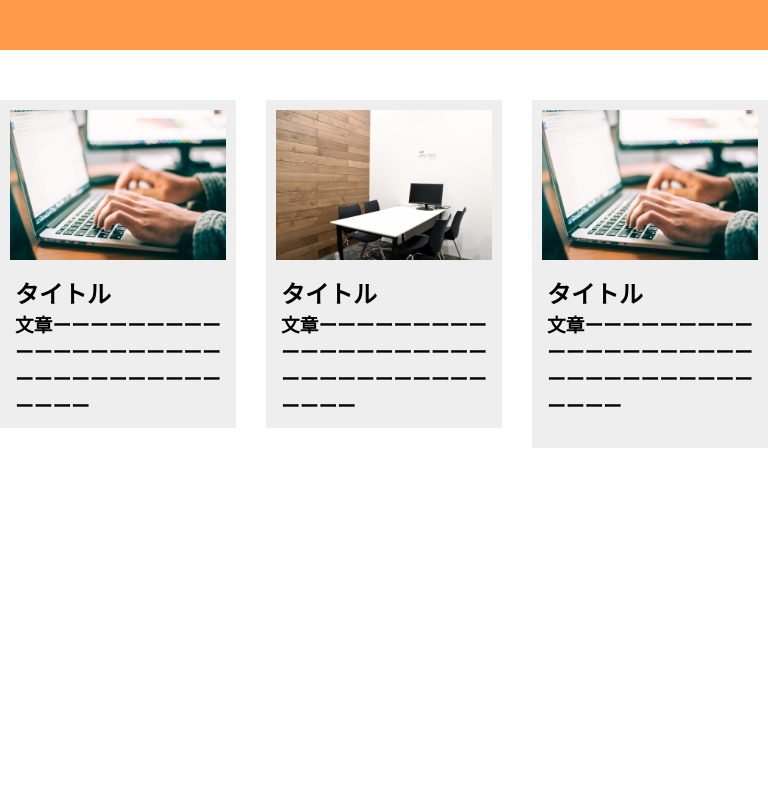
Repository: yuu3176/theme1
Page: 1-9-2/1-9-2.html
The author's editor kept a record of every edit. The page is drawn from the files as they stood at one moment, then again after the next edit.
The browser window is 768 px wide. The pictures show the whole page.

Above is the page before.

### 1-9-2/1-9-2.html
<!DOCTYPE html>
<html lang="ja">
  <head>
    <meta charset="utf-8">
    <link rel="stylesheet" href="1-9-2.css">
    <title>1-9-2</title>
  </head>

  <body>
    <header></header>
    <main>
      <div class="box">
        <div class="box-image1"></div>
        <section class="box-text">
          <h2>タイトル</h2>
          <h3>文章ーーーーーーーーーーーーーーーーーーーーーーーーーーーーーーーーーーー</h3>
        </section>
      </div>
      <div class="box">
        <div class="box-image2"></div>
        <section class="box-text">
          <h2>タイトル</h2>
          <h3>文章ーーーーーーーーーーーーーーーーーーーーーーーーーーーーーーーーーーー</h3>
        </section>
      </div>
      <div class="box">
        <div class="box-image1"></div>
        <section class="box-text">
          <h2>タイトル</h2>
          <h3>文章ーーーーーーーーーーーーーーーーーーーーーーーーーーーーーーーーーーー</h3>
        </section>
      </div>
    </main>
  </body>
</html>

### 1-9-2/1-9-2.css
*{
  margin: 0;
  padding: 0;
  box-sizing: border-box;
}

header{
  height: 50px;
  background-color: #ff9a4b;
}

main{
  width: 960px;
  margin: 50px auto;
  display: flex;
}

.box{
  width: 300px;
  margin-right: 30px;
  padding: 10px;
  position: relative;
  background-color: #eeeeee;
}

.box:last-child{
  margin-right: 0;
}

.box-step{
  position: absolute;
  top: 0;
  left: 0;
  background-color: #ff9a4b;
  color: #fff;
}

.box-image1{
  height: 150px;
  background-image: url(img/flow01.png);
  background-position: bottom;
  background-size: cover;
}

.box-image2{
  height: 150px;
  background-image: url(img/flow02.png);
  background-position: bottom;
  background-size: cover;
}

.box-image3{
  height: 150px;
  background-image: url(img/flow03.png);
  background-position: bottom;
  background-size: cover;
}

.box-text{
  margin: 15px 0 0 5px;
}

footer{
  height: 50px;
  background-color: #aaaaaa;
}

@media screen and (max-width:768px){
  header{
    width: 100%;
  }

  main{
    width: 100%;
    margin: 50px 0 50px;
  }

  .box{
    width: 90%;
    margin-bottom: 20px;
  }

  .box:last-child{
    margin-bottom: 0;
  }

  .box-image1 .box-image2 .box-image3{
    height: 150px;
  }

  footer{
    width: 100%;
  }
}

After the next edit:
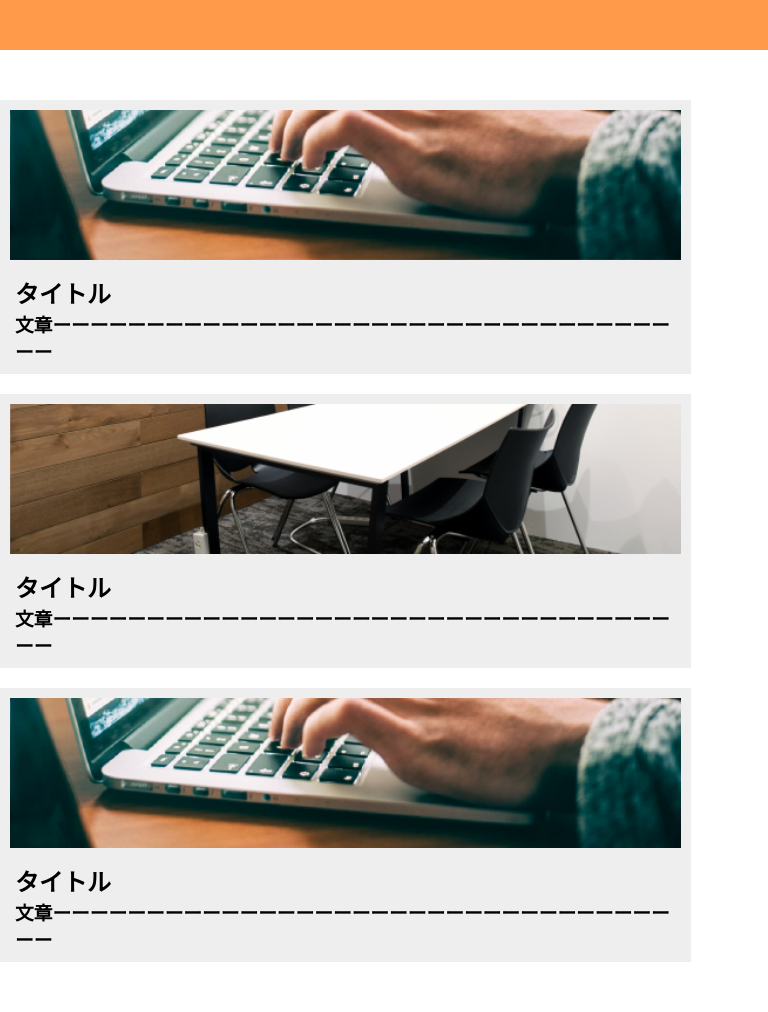
The edit:
--- a/1-9-2/1-9-2.css
+++ b/1-9-2/1-9-2.css
@@ -72,7 +72,8 @@
 
   main{
     width: 100%;
-    margin: 50px 0 50px;
+    margin: 50px auto;
+    display: block;
   }
 
   .box{
